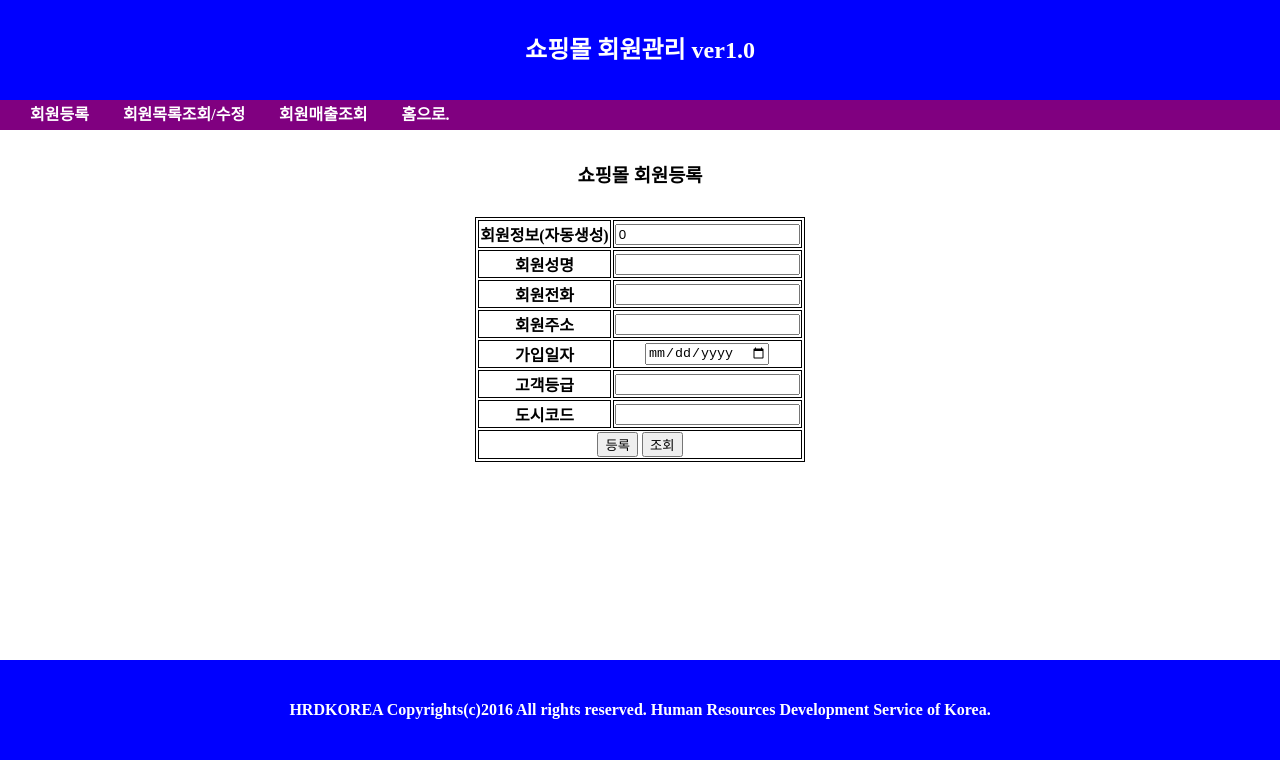
Repository: brightjy/Today-what-I-practiced
Page: http://localhost/HRD_0514/view/registerMemberView.jsp
These files come from the project's save history. The page is drawn as it stood at one moment and after the next save; the edit follows.
The browser window is 1280 px wide. The pictures show the whole page.
The page is served by Tomcat 9. Other server files are loaded and not shown. Queries for data that is not in the repository find no rows.

Above is the page before, as saved 2020-05-14 12:31:06.
Console error: SyntaxError: Unexpected token ')'

### hrdkorea_0514/HRD_0514/WebContent/view/registerMemberView.jsp
<%@page import="com.hrd.dao.MemberDao"%>
<%@ page language="java" contentType="text/html; charset=UTF-8"
    pageEncoding="UTF-8"%>
<% String conPath = request.getContextPath(); %>
<!DOCTYPE html>
<html>
<head>
<meta charset="UTF-8">
<title>Insert title here</title>
<script>
	function infoConfirm(){
		if(info.)
	}
</script>
</head>
<body>
<jsp:include page="header.jsp"></jsp:include>
<section>
<div>
	<h3>쇼핑몰 회원등록</h3>
	<div>
		<form action="<%=conPath %>/view/registerMemberPro.jsp" method="get" name="info">
			<table>
				<tr>
					<th>
						회원정보(자동생성)
					</th>
					<td>
						<% MemberDao mDao = MemberDao.getInstance();
						   int custno = mDao.custno();
						%>
						<input type="text" name="custno" value="<%=custno %>" readonly="readonly">
					</td>
				</tr>
				<tr>
					<th>
						회원성명
					</th>
					<td>
						<input type="text" name="custname">
					</td>
				</tr>
				<tr>
					<th>
						회원전화
					</th>
					<td>
						<input type="text" name="phone">
					</td>
				</tr>
				<tr>
					<th>
						회원주소
					</th>
					<td>
						<input type="text" name="address">
					</td>
				</tr>
				<tr>
					<th>
						가입일자
					</th>
					<td>
						<input type="date" name="joindate">
					</td>
				</tr>
				<tr>
					<th>
						고객등급
					</th>
					<td>
						<input type="text" name="grade">
					</td>
				</tr>
				<tr>
					<th>
						도시코드
					</th>
					<td>
						<input type="text" name="city">
					</td>
				</tr>
				<tr>
					<td colspan="2">
						<input type="button" value="등록" onclick="infoConfirm()">
						<input type="button" value="조회" onclick="location.href='<%=conPath%>/view/memberList.jsp'">
					</td>
				</tr>
			</table>
		</form>
	</div>
</div>
</section>
<jsp:include page="footer.jsp"></jsp:include>
</body>
</html>

### hrdkorea_0514/HRD_0514/WebContent/view/header.jsp
<%@ page language="java" contentType="text/html; charset=UTF-8"
    pageEncoding="UTF-8"%>
<% String conPath = request.getContextPath(); %>
<!DOCTYPE html>
<html>
<head>
<meta charset="UTF-8">
<title>Insert title here</title>
<style>
*{margin:0 auto;}
h2, h3, h4{text-align:center;}
a{text-decoration: none; padding-right:30px; color:white; font-weight:bold;}
header,footer{height:100px; background-color:blue; line-height:100px; color:white;}
nav{background-color:purple; height:30px; line-height:30px; padding-left:30px;}
section{height:500px;}
div{margin:30px;}
table, tr, td, th{border:1px solid black; text-align:center;}
</style>
</head>
<body>
<header>
<h2>쇼핑몰 회원관리 ver1.0</h2>
</header>
<nav>
	<a href="<%=conPath %>/view/registerMemberView.jsp">회원등록</a>
	<a href="<%=conPath %>/view/memberList.jsp">회원목록조회/수정</a>
	<a href="<%=conPath %>/view/moneyList.jsp">회원매출조회</a>
	<a href="<%=conPath %>/view/main.jsp">홈으로.</a>
</nav>

</body>
</html>

### hrdkorea_0514/HRD_0514/WebContent/view/footer.jsp
<%@ page language="java" contentType="text/html; charset=UTF-8"
    pageEncoding="UTF-8"%>
<!DOCTYPE html>
<html>
<head>
<meta charset="UTF-8">
<title>Insert title here</title>
</head>
<body>
<footer>
<h4>HRDKOREA Copyrights(c)2016 All rights reserved. Human Resources Development Service of Korea.</h4>
</footer>
</body>
</html>

### hrdkorea_0514/HRD_0514/src/com/hrd/dao/MemberDao.java
package com.hrd.dao;

import java.sql.Connection;
import java.sql.Date;
import java.sql.DriverManager;
import java.sql.PreparedStatement;
import java.sql.ResultSet;
import java.sql.SQLException;
import java.util.ArrayList;

import com.hrd.dto.MemberDto;
import com.hrd.dto.MoneyDto;

public class MemberDao {

	//데이터연결
	public static Connection getConnection() throws Exception {
		Class.forName("oracle.jdbc.OracleDriver");
		Connection con = DriverManager.getConnection
				("jdbc:oracle:thin:@//localhost:1521/xe","hrd0514","0514");
		return con;
	}
	//싱글톤
	private static MemberDao instance = new MemberDao();
	public static MemberDao getInstance() {
		return instance;
	}
	private MemberDao() {}

	//회원번호 자동생성될것 불러오기
	public int custno() {
		int custno = 0;

		Connection conn = null;
		PreparedStatement pstmt = null;
		ResultSet rs = null;
		String sql = "SELECT MAX(CUSTNO)+1 CUSTNO FROM MEMBER_TBL_02";

		try {
			conn = getConnection();
			pstmt = conn.prepareStatement(sql);
			rs = pstmt.executeQuery();
			if(rs.next()) {
				custno = rs.getInt("custno");
			}
		} catch (Exception e) {
			System.out.println(e.getMessage());
		} finally {
			try {
				if(rs!=null) rs.close();
				if(pstmt!=null) pstmt.close();
				if(conn!=null) conn.close();
			}catch(Exception e) {
				System.out.println(e.getMessage());
			}
		}
		return custno;
	}
	//회원등록
	public int registerMember(String custname, String phone, String address, Date joindate, String grade, String city) {
		int result = 0;

		Connection conn = null;
		PreparedStatement pstmt = null;
		String sql = "INSERT INTO MEMBER_TBL_02" +
				"    VALUES(CUSTNO_SQ.NEXTVAL, ?, ?, ?, ?, ?, ?)";
		try {
			conn = getConnection();
			pstmt = conn.prepareStatement(sql);
			pstmt.setString(1, custname);
			pstmt.setString(2, phone);
			pstmt.setString(3, address);
			pstmt.setDate(4, joindate);
			pstmt.setString(5, grade);
			pstmt.setString(6, city);
			result = pstmt.executeUpdate();
			System.out.println(result==1?"등록성공":"등록실패");
		} catch (Exception e) {
			System.out.println(e.getMessage());
		} finally {
			try {
				if(pstmt!=null) pstmt.close();
				if(conn!=null) conn.close();
			}catch(Exception e) {
				System.out.println(e.getMessage());
			}
		}
		return result;
	}
	//회원목록 조회
	public ArrayList<MemberDto> memberList(){
		ArrayList<MemberDto> dtos = new ArrayList<MemberDto>();

		Connection conn = null;
		PreparedStatement pstmt = null;
		ResultSet rs = null;
		String sql = "SELECT*FROM MEMBER_TBL_02";

		try {
			conn = getConnection();
			pstmt = conn.prepareStatement(sql);
			rs = pstmt.executeQuery();
			while(rs.next()) {
				int custno = rs.getInt("custno");
				String custname = rs.getString("custname");
				String phone = rs.getString("phone");
				String address = rs.getString("address");
				Date joindate = rs.getDate("joindate");
				String grade = rs.getString("grade");
				String city = rs.getString("city");
				dtos.add(new MemberDto(custno, custname, phone, address, joindate, grade, city));
			}
		} catch (Exception e) {
			System.out.println(e.getMessage());
		} finally {
			try {
				if(rs!=null) rs.close();
				if(pstmt!=null) pstmt.close();
				if(conn!=null) conn.close();
			}catch(Exception e) {
				System.out.println(e.getMessage());
			}
		}
		return dtos;
	}
	//회원매출조회(회원번호, 회원성명, 고객등급, 매출)
	public ArrayList<MoneyDto> getMember(){
		ArrayList<MoneyDto> dtos = new ArrayList<MoneyDto>();

		Connection conn = null;
		PreparedStatement pstmt = null;
		ResultSet rs = null;
		String sql = "SELECT ME.CUSTNO CUSTNO, CUSTNAME, GRADE, SUM(PRICE) MONEY" +
				"    FROM MEMBER_TBL_02 ME, MONEY_TBL_02 MO" +
				"    WHERE ME.CUSTNO=MO.CUSTNO" +
				"    GROUP BY ME.CUSTNO, CUSTNAME, GRADE" +
				"    HAVING SUM(PRICE)>0" +
				"    ORDER BY MONEY DESC";

		try {
			conn = getConnection();
			pstmt = conn.prepareStatement(sql);
			rs = pstmt.executeQuery();
			while(rs.next()) {
				int custno = rs.getInt("custno");
				String custname = rs.getString("custname");
				String grade = rs.getString("grade");
				int money = rs.getInt("money");
				dtos.add(new MoneyDto(custno, custname, grade, money));
			}
		} catch (Exception e) {
			System.out.println(e.getMessage());
		} finally {
			try {
				if(rs!=null) rs.close();
				if(pstmt!=null) pstmt.close();
				if(conn!=null) conn.close();
			}catch(Exception e) {
				System.out.println(e.getMessage());
			}
		}
		return dtos;
	}
	//회원번호로 회원정보 불러오기
	public MemberDto getMember(int custno) {
		MemberDto dto = new MemberDto();

		Connection conn = null;
		PreparedStatement pstmt = null;
		ResultSet rs = null;
		String sql = "SELECT*FROM MEMBER_TBL_02 WHERE CUSTNO=?";

		try {
			conn = getConnection();
			pstmt = conn.prepareStatement(sql);
			pstmt.setInt(1, custno);
			rs = pstmt.executeQuery();
			if(rs.next()) {
				custno = rs.getInt("custno");
				String custname = rs.getString("custname");
				String phone = rs.getString("phone");
				String address = rs.getString("address");
				Date joindate = rs.getDate("joindate");
				String grade = rs.getString("grade");
				String city = rs.getString("city");
				dto = new MemberDto(custno, custname, phone, address, joindate, grade, city);
			}
		} catch (Exception e) {
			System.out.println(e.getMessage());
		} finally {
			try {
				if(rs!=null) rs.close();
				if(pstmt!=null) pstmt.close();
				if(conn!=null) conn.close();
			}catch(Exception e) {
				System.out.println(e.getMessage());
			}
		}
		return dto;
	}
	//회원정보 수정
	public int updateMember(String custname, String phone, String address, Date joindate, String grade, String city) {
		int result = 0;

		Connection conn = null;
		PreparedStatement pstmt = null;
		String sql = "UPDATE MEMBER_TBL_02 SET" +
				"    CUSTNAME=?," +
				"    PHONE=?," +
				"    ADDRESS=?," +
				"    JOINDATE=?," +
				"    GRADE=?," +
				"    CITY=? WHERE CUSTNO=?";
		try {
			conn = getConnection();
			pstmt = conn.prepareStatement(sql);
			pstmt.setString(1, custname);
			pstmt.setString(2, phone);
			pstmt.setString(3, address);
			pstmt.setDate(4, joindate);
			pstmt.setString(5, grade);
			pstmt.setString(6, city);
			result = pstmt.executeUpdate();
			System.out.println(result==1?"수정성공":"수정실패");
		} catch (Exception e) {
			System.out.println(e.getMessage());
		} finally {
			try {
				if(pstmt!=null) pstmt.close();
				if(conn!=null) conn.close();
			}catch(Exception e) {
				System.out.println(e.getMessage());
			}
		}
		return result;
	}

}

After the next save:
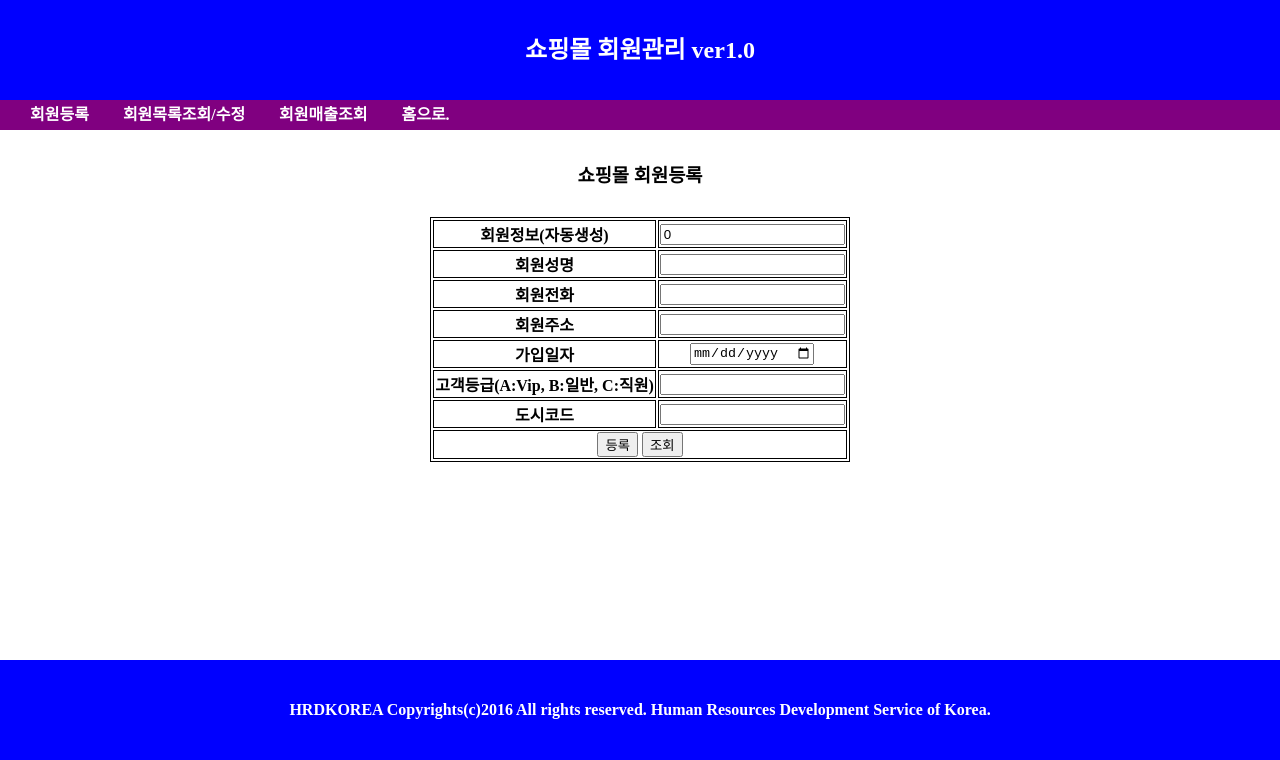
The error is gone.
Saved 51 s later.
--- a/hrdkorea_0514/HRD_0514/WebContent/view/registerMemberView.jsp
+++ b/hrdkorea_0514/HRD_0514/WebContent/view/registerMemberView.jsp
@@ -9,7 +9,9 @@
 <title>Insert title here</title>
 <script>
 	function infoConfirm(){
-		if(info.)
+		if(info.custname.value.length==0){
+			alert('')
+		}
 	}
 </script>
 </head>
@@ -66,7 +68,7 @@
 				</tr>
 				<tr>
 					<th>
-						고객등급
+						고객등급(A:Vip, B:일반, C:직원)
 					</th>
 					<td>
 						<input type="text" name="grade">
